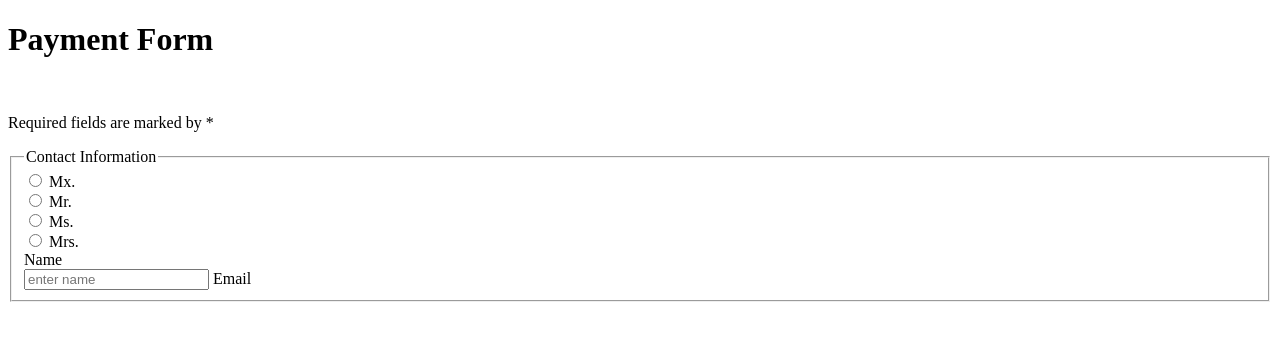
Repository: 10-2-pursuit/lab-intro-to-forms
Page: index.html
These files come from the project's save history. The page is drawn as it stood at one moment and after the next save; the edit follows.
The browser window is 1280 px wide. The pictures show the whole page.

Above is the page before, as saved 2023-06-13 21:31:38.

### index.html
<!DOCTYPE html>
<html lang="en">
<head>
    <meta charset="UTF-8">
    <meta name="viewport" content="width=device-width, initial-scale=1.0">
    <title>Payment Form</title>
</head>
<body>
    <h1>Payment Form</h1>
    <br>
    <p>Required fields are marked by *</p>
    <form action="#" method="post">
        <fieldset>
            <legend>Contact Information</legend>
            <input type="radio" name="prefixMx." id="prefixMx." >
           <label for="Mx.">Mx.</label>
           <br>
           <input type="radio" name="prefix" id="prefixMr.">
           <label for="Mr.">Mr.</label>
           <br>
           <input type="radio" name="prefixMs." id="prefixMs." >
           <label for="Ms.">Ms.</label>
           <br>
           <input type="radio" name="prefixMrs." id="prefixMrs.">
           <label for="Mrs.">Mrs.</label>
            <br>
           <label for="name">Name</label>
           <br>
           <input type="text" name="name" id="Name" placeholder="enter name" required>
           <label for="email">Email</label>



        </fieldset>
    </form>


</body>
</html>

After the next save:
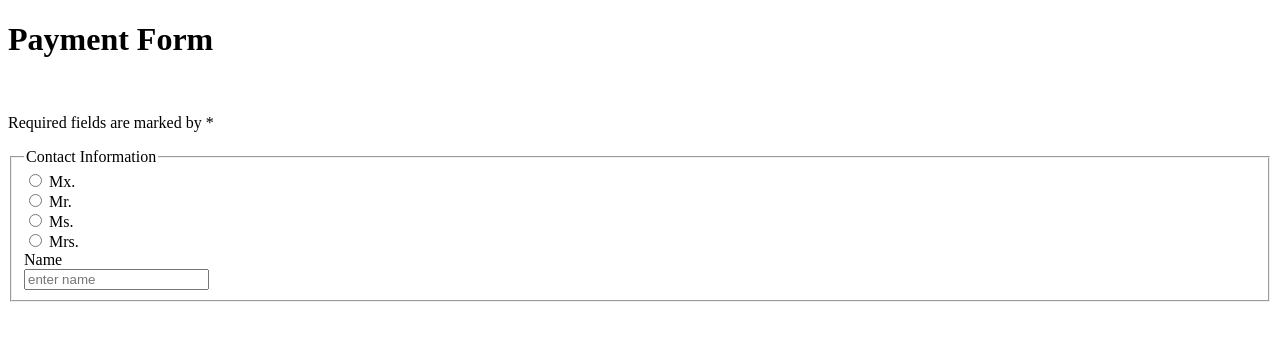
Saved 11 s later.
--- a/index.html
+++ b/index.html
@@ -27,7 +27,7 @@
            <label for="name">Name</label>
            <br>
            <input type="text" name="name" id="Name" placeholder="enter name" required>
-           <label for="email">Email</label>
+
 
 
 
